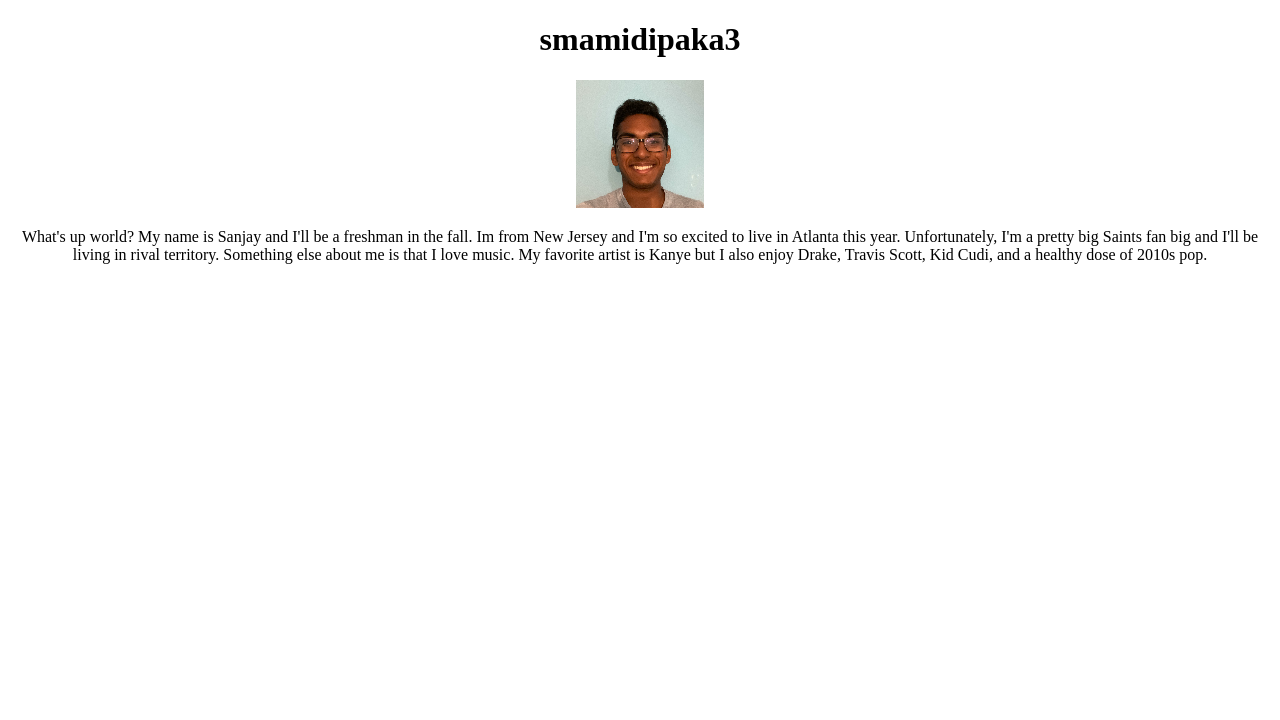
Repository: sanjayMamidipaka/cs1301
Page: lab01/index.html
These files come from the project's save history. The page is drawn as it stood at one moment and after a run of saves; the edit follows.
The browser window is 1280 px wide. The pictures show the whole page.

Above is the page before, as saved 2021-07-22 15:59:43.

### lab01/index.html
<!DOCTYPE html>

<head>
    <link rel="stylesheet" href="style.css">
  </head>

  <div class = "h1">
    <h1>smamidipaka3</h1>

    <img src="image.png" alt="My Picture">
    <p class = 'description'>
        What's up world? My name is Sanjay and I'll be a freshman in the fall. Im from New Jersey and I'm so excited to live in Atlanta this year.
        Unfortunately, I'm a pretty big Saints fan big and I'll be living in rival territory. Something else about me is that I love music. My favorite artist is Kanye but
        I also enjoy Drake, Travis Scott, Kid Cudi, and a healthy dose of 2010s pop.
    </p>
  </div>

### lab01/style.css
.h1 {
    text-align: center
}

.description {
    width: 100px
    height: 50px
}

After the next 2 saves:
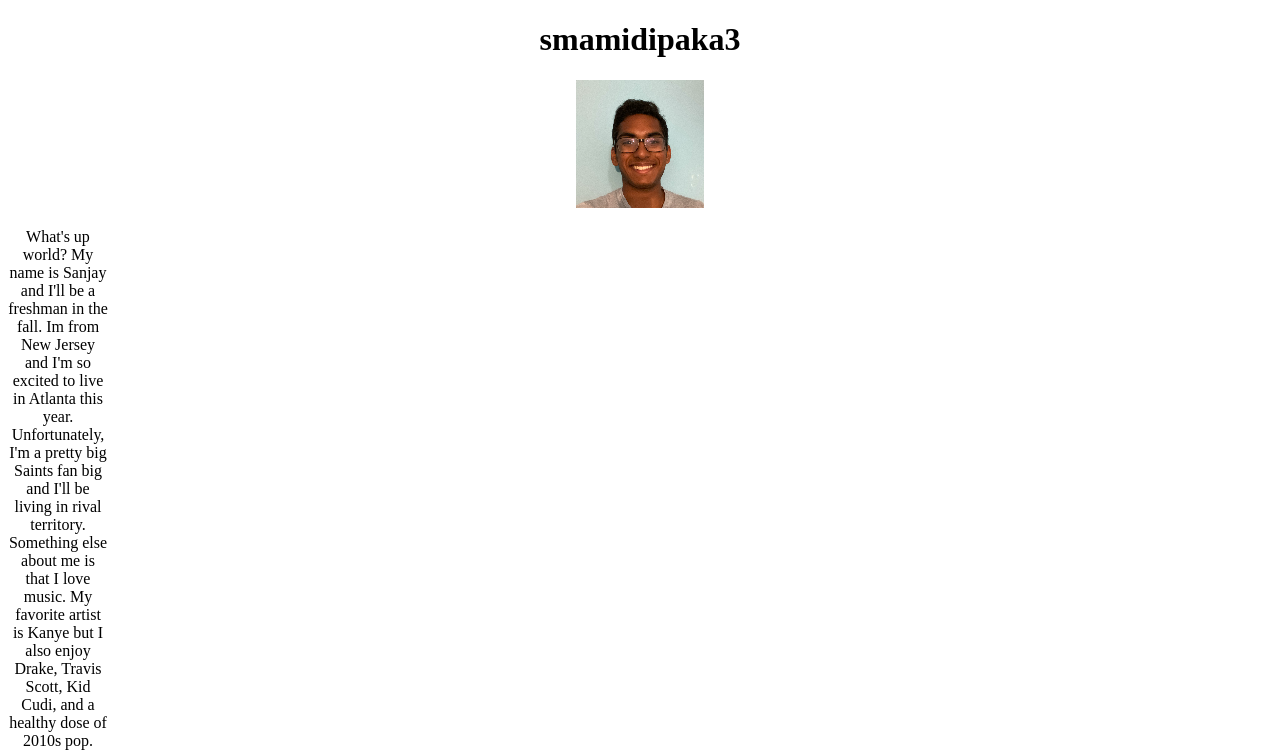
The 2 saves are shown as one change because they came seconds apart.
The last was saved 30 s later.
--- a/lab01/style.css
+++ b/lab01/style.css
@@ -3,6 +3,6 @@
 }
 
 .description {
-    width: 100px
-    height: 50px
+    width: 100px;
+    height: 50px;
 }
